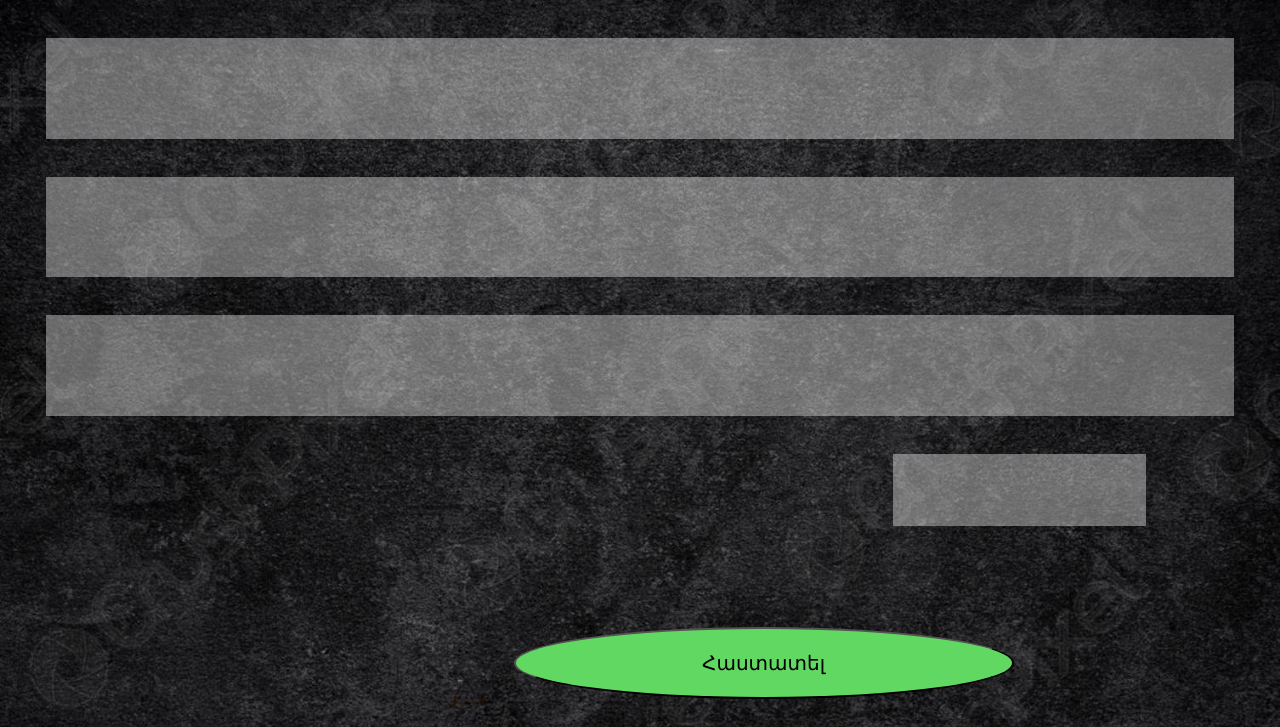
Repository: NarekTovmasyan/PizzaManue
Page: public/basket.html
The author's editor kept a copy of each file at every save. The page is drawn from the files as they stood at one save, then again after the next save.
The browser window is 1280 px wide. The pictures show the whole page.

Above is the page before, as saved 2022-01-20 13:09:55.

After the next save:
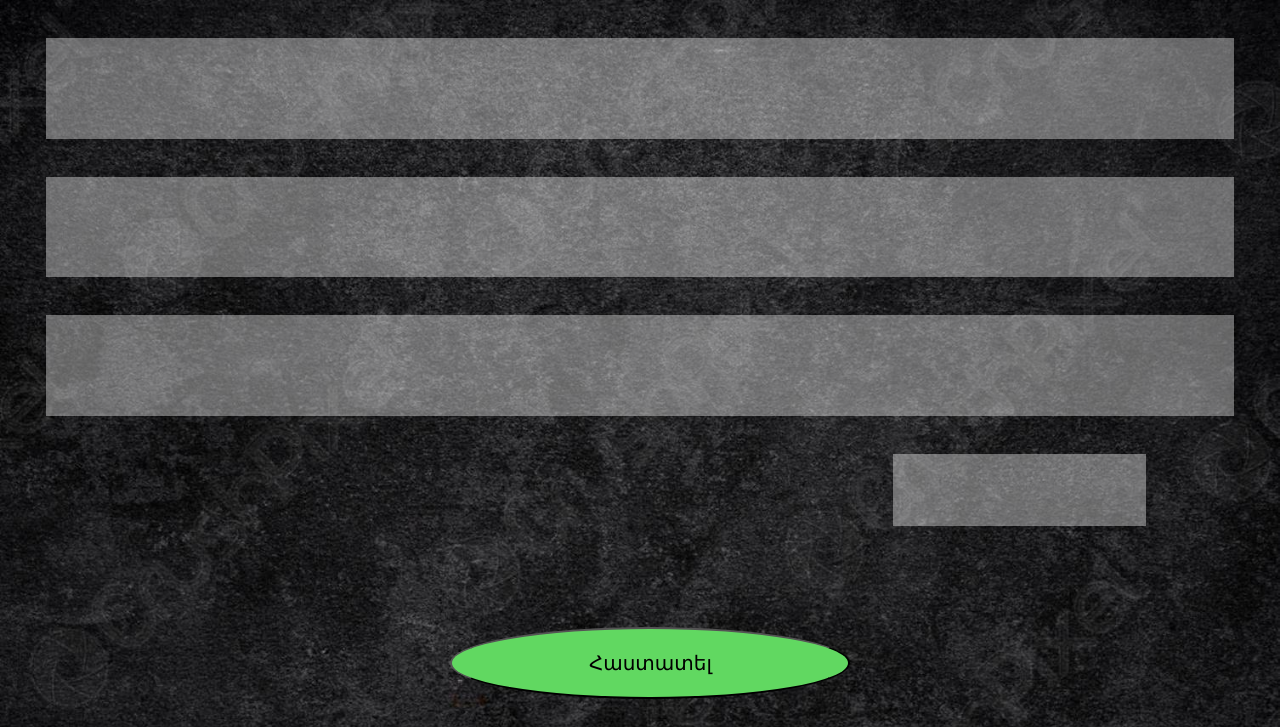
Saved 6 min 14 s later.
--- a/public/basket.css
+++ b/public/basket.css
@@ -26,7 +26,7 @@
     width: 30%;
     height: 100px;
     margin-top: 8%;
-    margin-left:40%;
+    margin-left:35%;
 
 
 }
@@ -35,6 +35,6 @@
     background-color:rgb(97, 216, 97);
     border-radius: 50%;
     text-align:center;
-    width: 500px;
+    width: 400px;
     font-size: 20px;
 }
